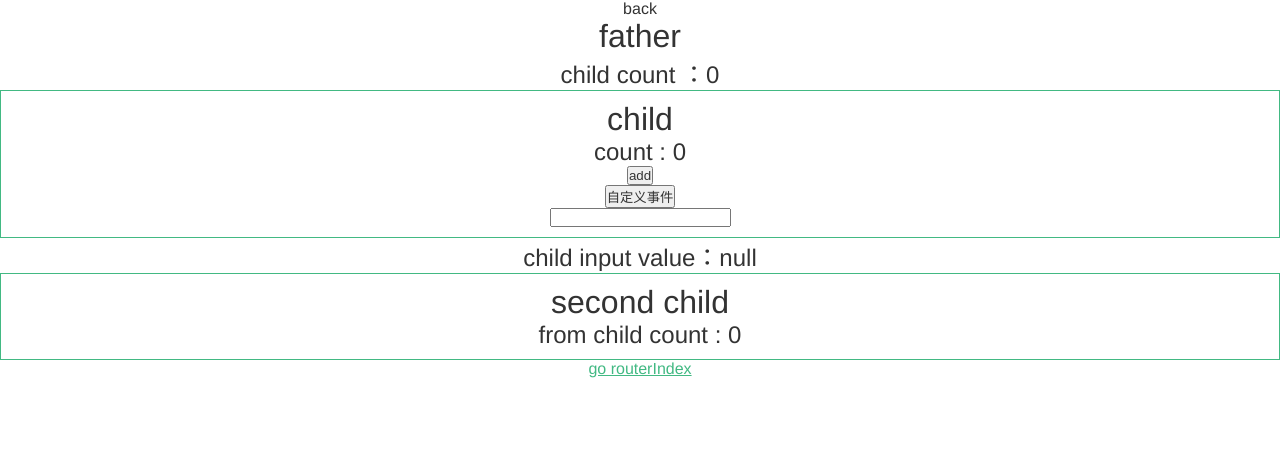
Repository: NotTooTwo/vueRouter
Page: /
The author's editor kept a copy of each file at every save. The page is drawn from the files as they stood at one save, then again after a run of saves.
The browser window is 1280 px wide. The pictures show the whole page.
The project was rebuilt for these pictures with package versions that can differ from the ones it lists, and the page was loaded fresh each time. Also part of the build but not shown: src/components/routerTest/routerIndex.vue.

Above is the page before, as saved 2018-03-13 15:17:14.

After the next 4 saves:
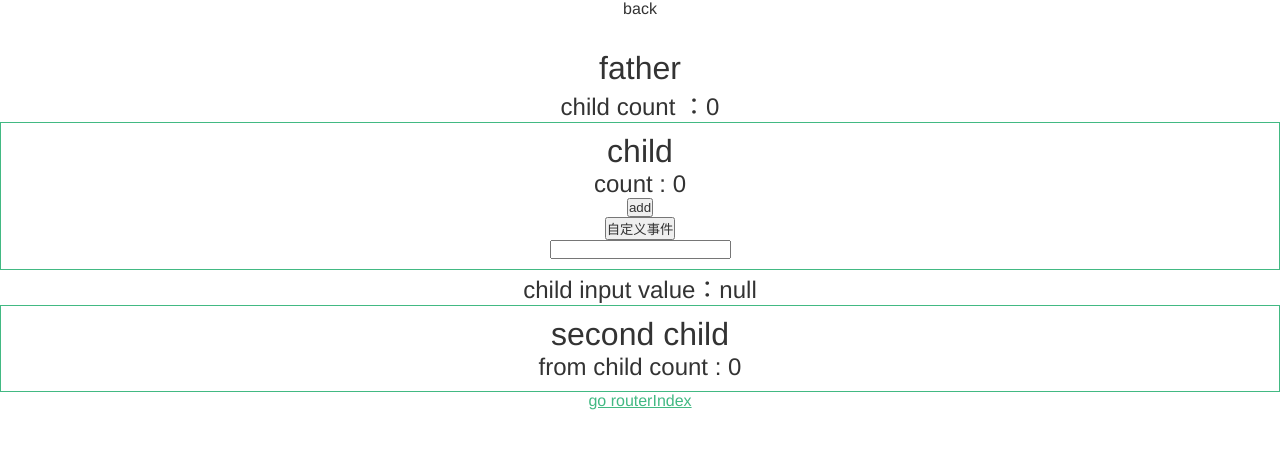
The 4 saves are shown as one change because they came seconds apart.
The last was saved 19 s later.
--- a/src/App.vue
+++ b/src/App.vue
@@ -24,4 +24,8 @@ export default {
   text-align: center;
   color: #2c3e50;
 }
+.back{
+  height: 50px;
+  back
+}
 </style>
